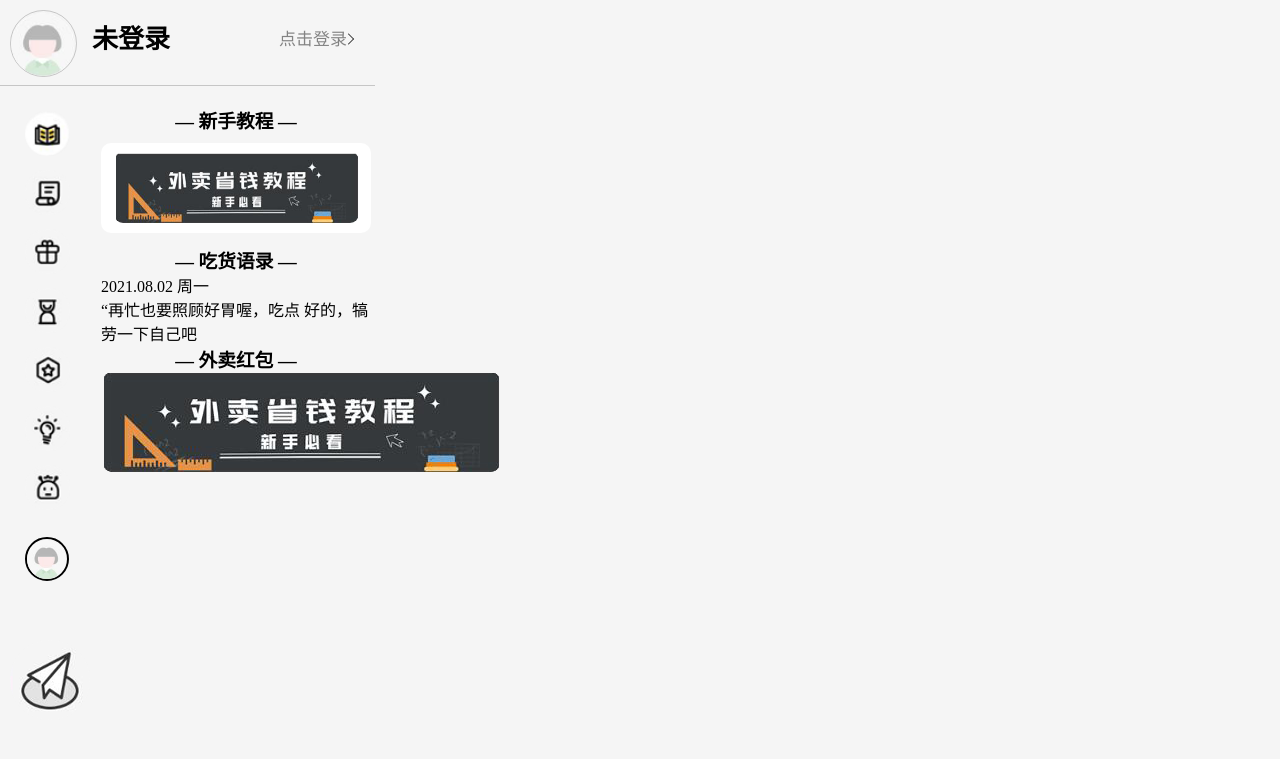
Repository: Privatexiao/projects
Page: Takeout assistant/index.html
The author's editor kept a copy of each file at every save. The page is drawn from the files as they stood at one save, then again after a run of saves.
The browser window is 1280 px wide. The pictures show the whole page.

Above is the page before, as saved 2021-08-02 17:26:49.

After the next 4 saves:
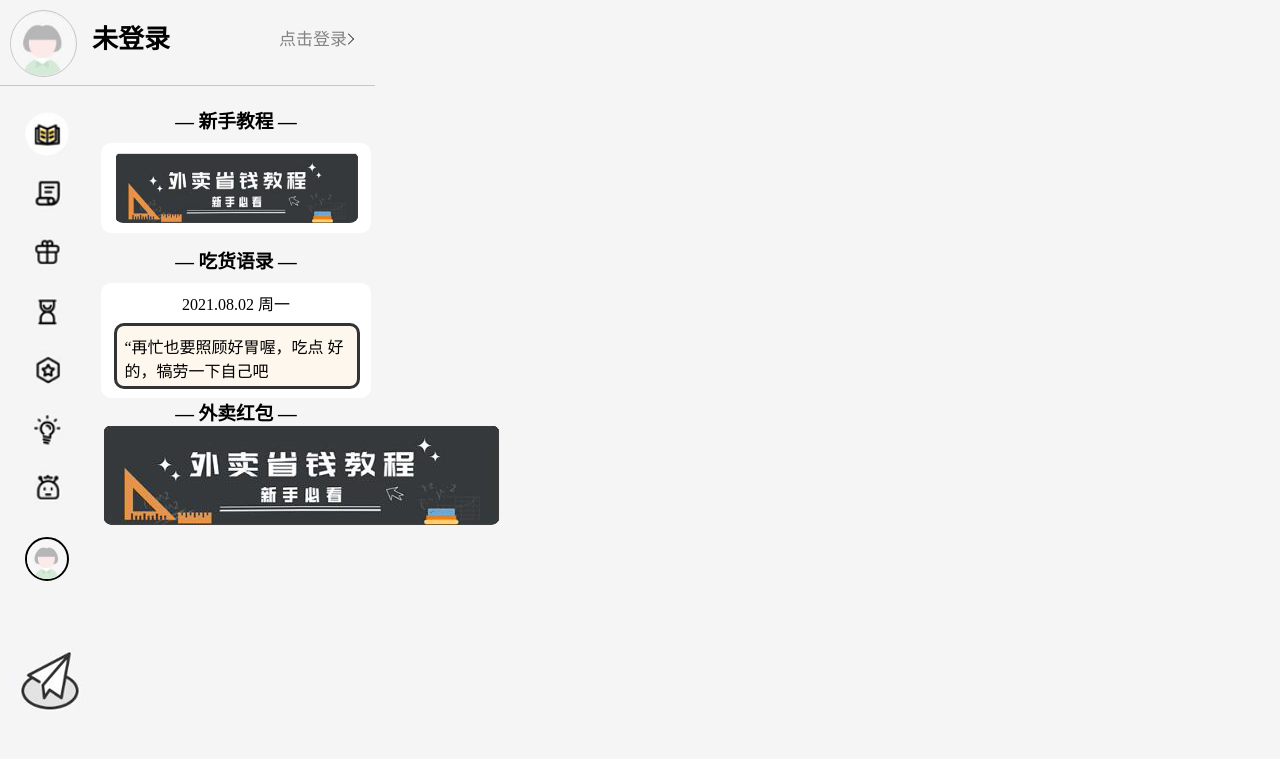
The 4 saves are shown as one change because they came seconds apart.
The last was saved 9 s later.
--- a/Takeout assistant/css/index.css
+++ b/Takeout assistant/css/index.css
@@ -115,12 +115,12 @@ ul,ol{
     width: 270px;
     height: 90px;
 }
-时间调整
+/* 时间调整 */
 .VersionQuotation p{
     text-align: center;
     padding: 8px;
 }
-白色背景
+/* 白色背景 */
 .VersionQuotation .chyl_bj{
     margin-top: 10px;
     background-color: white;
@@ -129,7 +129,7 @@ ul,ol{
     text-align: center;
     border-radius: 10px;
 }
-文字背景
+/* 文字背景 */
 .VersionQuotation .chyl_nr{
     background-color: rgb(253,247,237);
     width: 240px;
@@ -138,7 +138,7 @@ ul,ol{
     border: 3px solid rgb(51,51,51);
     margin-left: 12.5px;
 }
-内容调整
+/* 内容调整 */
 .VersionQuotation .chyl_nr p{
     text-align: left;
 }
